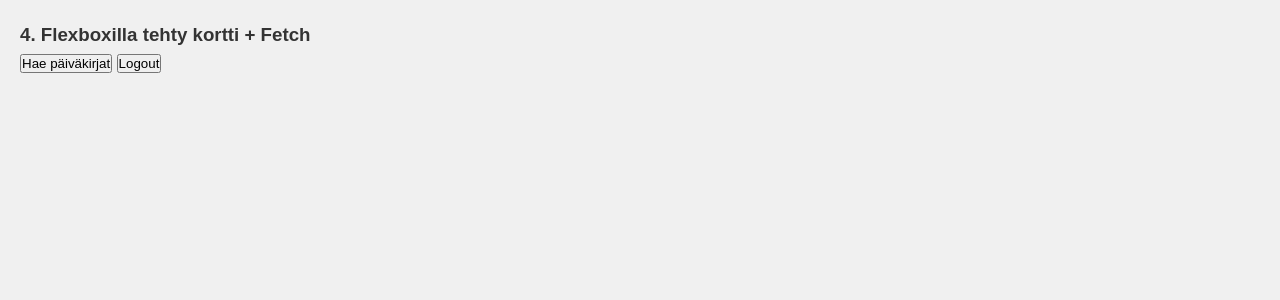
Repository: Javimetro/UniZen
Page: client/index.html
These files come from the project's save history. The page is drawn as it stood at one moment and after the next save; the edit follows.
The browser window is 1280 px wide. The pictures show the whole page.

Above is the page before, as saved 2024-02-27 09:55:59.

After the next save:
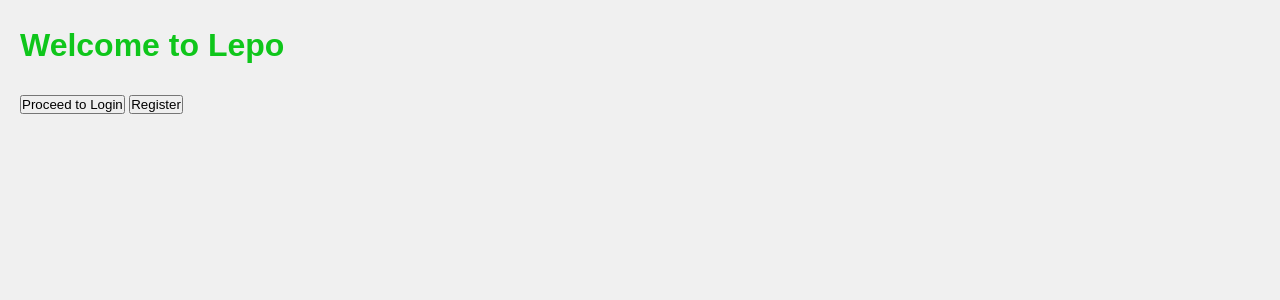
Saved 3 min 44 s later.
--- a/client/index.html
+++ b/client/index.html
@@ -7,21 +7,9 @@
     <link rel="stylesheet" href="/styles/style.css"> <!-- Link to CSS file -->
 </head>
 <body>
-    <h3 id="kortti">4. Flexboxilla tehty kortti + Fetch </h3>
-    <button id="fetch-diary">Hae päiväkirjat</button>
+    <h1 id="kortti"> Welcome to Lepo </h1>
+    <button id="login">Proceed to Login</button>
+    <button id="register">Register</button>
 
-
-
-    <!-- this script tag to link your JavaScript file -->
-    <script type="module" src="/src/main.js"></script>
-
-    <button id="logout-button">Logout</button>
-
-    <script>
-    document.getElementById('logout-button').addEventListener('click', function() {
-      localStorage.removeItem('token');
-      window.location.href = 'login.html';
-    });
-    </script>
 </body>
 </html>
